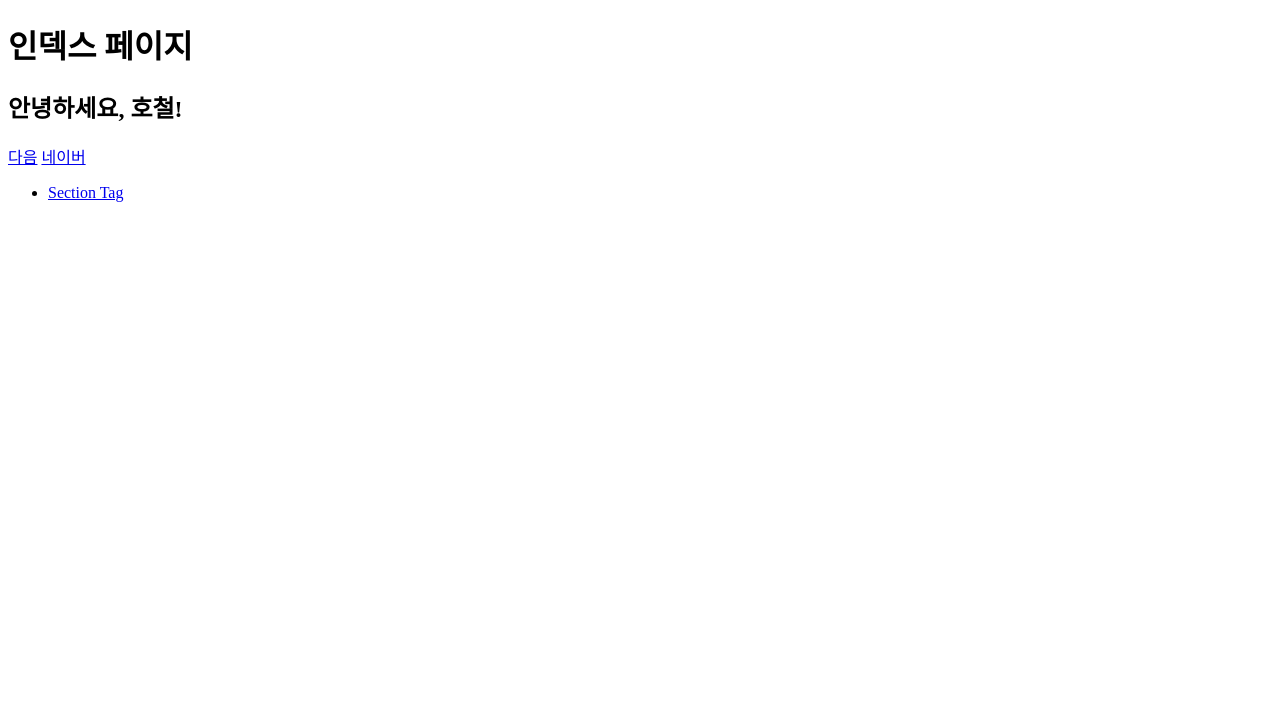
Repository: Sid0130/HTML
Page: lab-web/lab01_html/src/main/webapp/index.html
An editor plug-in stored every save of this project. The page is shown before and after the next save, followed by the edit.
The browser window is 1280 px wide. The pictures show the whole page.

Above is the page before, as saved 2024-12-03 03:03:58.

After the next save:
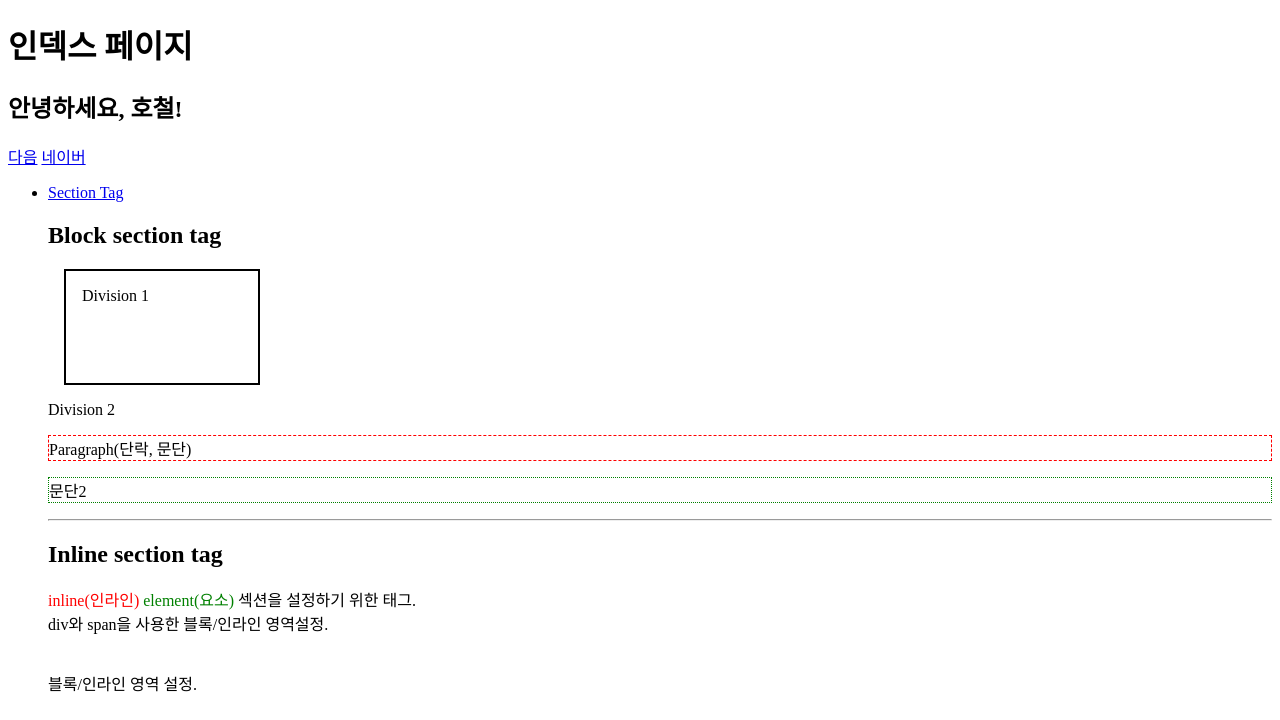
Saved 4 min 37 s later.
--- a/lab-web/lab01_html/src/main/webapp/index.html
+++ b/lab-web/lab01_html/src/main/webapp/index.html
@@ -30,6 +30,27 @@
                 <a href="section.html">Section Tag</a>
                 <!-- 그 폴더위치에 있는 파일을 찾을때에는 파일 이름만 적으면됨. -->
             </li>
+
+              <!--위에서 아래로 적혀지는게 블록요소 -->
+            <h2>Block section tag</h2>
+            <div style="border: 2px solid black; margin: 16px; padding: 16px; width: 160px; height: 80px;">Division 1</div>
+            <div>Division 2</div>
+            <div>
+                <p style="border: 1px dashed red;">Paragraph(단락, 문단)</p>
+                <p style="border: 1px dotted green;">문단2</p>
+            </div>
+
+            <hr /> <!-- horizontal ruler: 가로선 -->
+
+            <h2>Inline section tag</h2>
+            <!--inline 요소는 가로/세로 크기를 바꿀 수 없음! -->
+            <span style="width: 160px; height: 80px; color: red;">inline(인라인)</span>
+            <span style="color: green;">element(요소)</span>
+            섹션을 설정하기 위한 태그.
+            <br /><!-- line braek: 줄바꿈 -->
+            div와 span을 사용한 블록/인라인 영역설정.
+            <br /> <br /> <br />
+            블록/인라인 영역 설정.
         </ul>
     </body>
 </html>

After the save that followed:
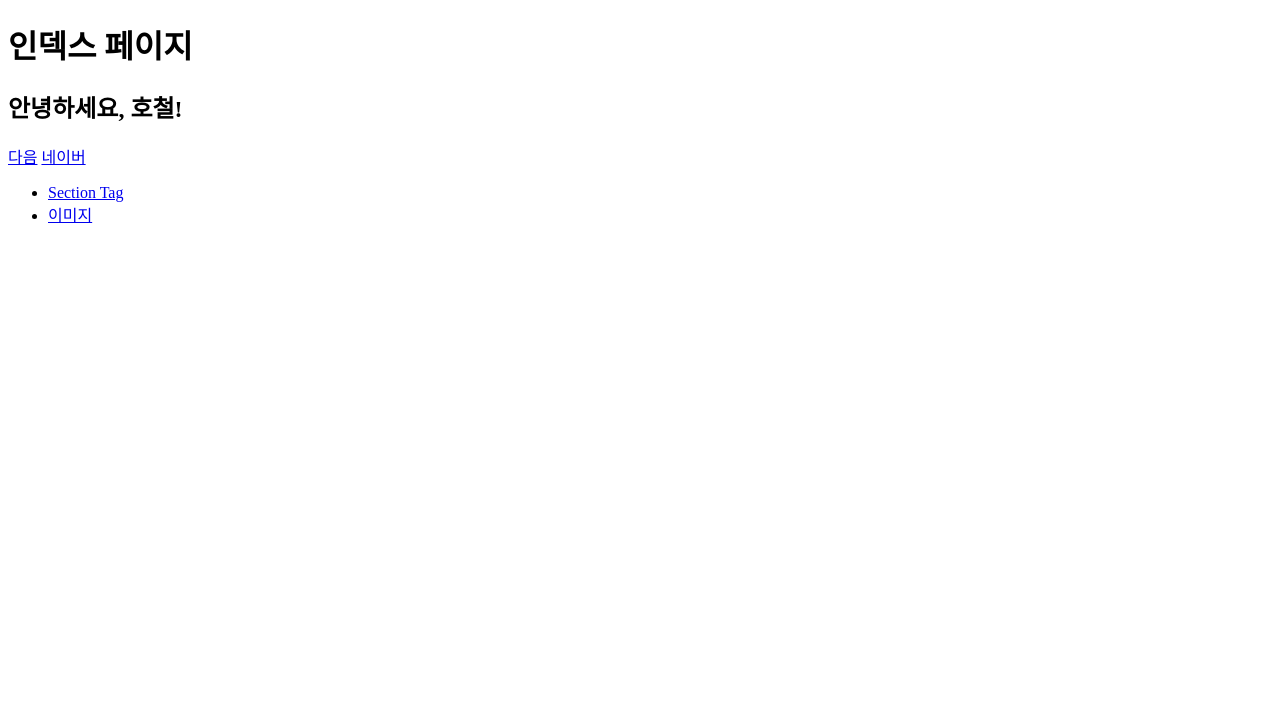
Saved 2 min 13 s later.
--- a/lab-web/lab01_html/src/main/webapp/index.html
+++ b/lab-web/lab01_html/src/main/webapp/index.html
@@ -30,27 +30,10 @@
                 <a href="section.html">Section Tag</a>
                 <!-- 그 폴더위치에 있는 파일을 찾을때에는 파일 이름만 적으면됨. -->
             </li>
+            <li>
+            <a href = "image.html">이미지 </a>
 
-              <!--위에서 아래로 적혀지는게 블록요소 -->
-            <h2>Block section tag</h2>
-            <div style="border: 2px solid black; margin: 16px; padding: 16px; width: 160px; height: 80px;">Division 1</div>
-            <div>Division 2</div>
-            <div>
-                <p style="border: 1px dashed red;">Paragraph(단락, 문단)</p>
-                <p style="border: 1px dotted green;">문단2</p>
-            </div>
-
-            <hr /> <!-- horizontal ruler: 가로선 -->
-
-            <h2>Inline section tag</h2>
-            <!--inline 요소는 가로/세로 크기를 바꿀 수 없음! -->
-            <span style="width: 160px; height: 80px; color: red;">inline(인라인)</span>
-            <span style="color: green;">element(요소)</span>
-            섹션을 설정하기 위한 태그.
-            <br /><!-- line braek: 줄바꿈 -->
-            div와 span을 사용한 블록/인라인 영역설정.
-            <br /> <br /> <br />
-            블록/인라인 영역 설정.
+            </li>
         </ul>
     </body>
 </html>
